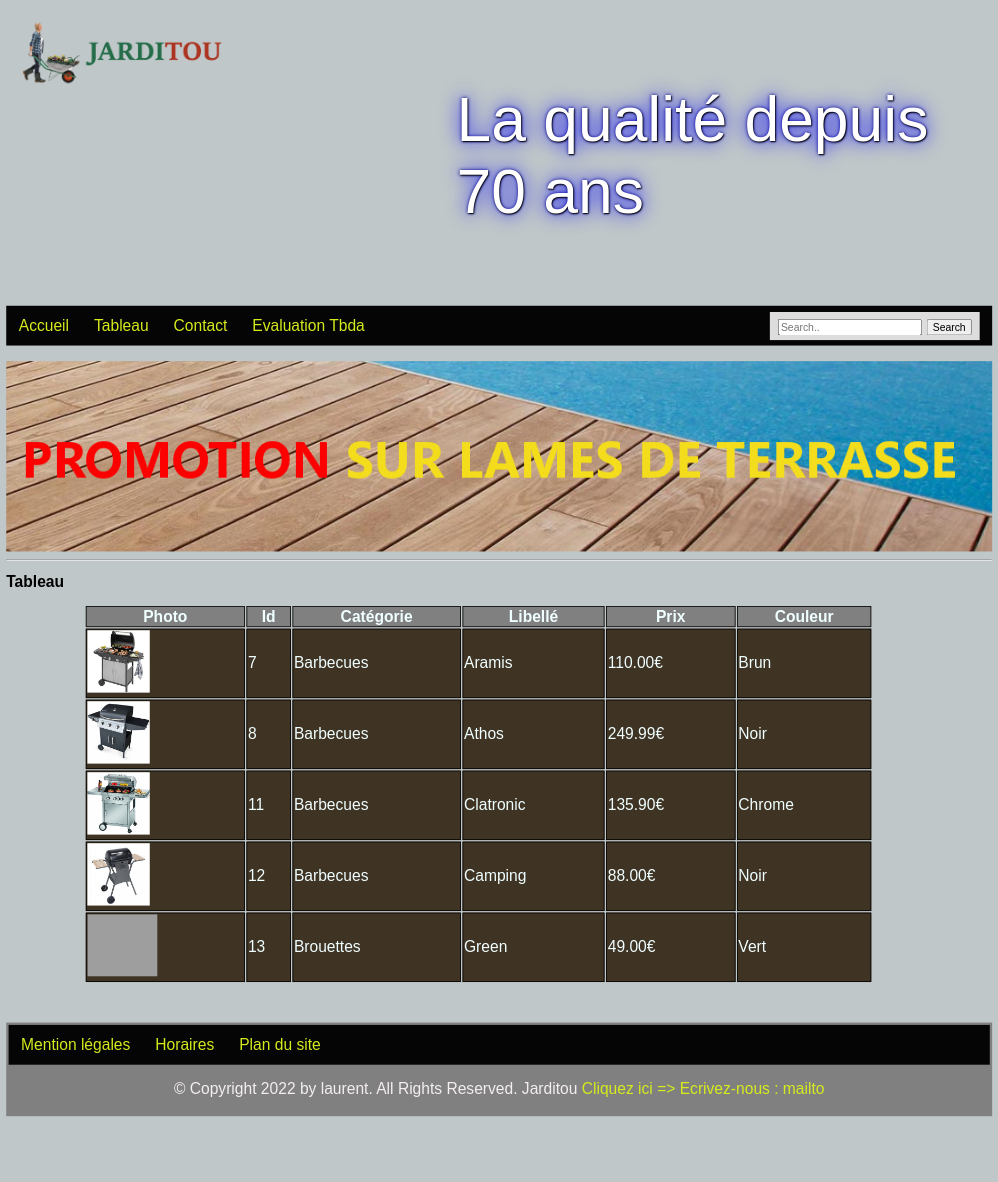
Repository: laurentbul/jarditou
Page: javascript/table.html
An editor plug-in stored every save of this project. The page is shown before and after the next save, followed by the edit.
The browser window is 1280 px wide. The pictures show the whole page, at 78% of full size.
Pictures or frames that could not be fetched are drawn as grey boxes.

Above is the page before, as saved 2022-12-15 02:21:01.

### javascript/table.html
<!DOCTYPE html>
<html lang="fr">

  <head>
    <meta charset="UTF-8">
    <meta http-equiv="X-UA-Compatible" content="IE=edge">
    <meta name="viewport" content="width=device-width, initial-scale=1.0">
    <title>cours exercices HTML</title>
    <link rel="stylesheet" href="./assets/css/style.css" />
  </head>

<body>
  <div class="flex-container">
    <div><img src="./assets/img/jarditou_logo.png" alt="jarditou logo" title="jarditou logo" height="80" /></div>
    <div>
      <p class="slogan">La qualité depuis 70 ans</p>
    </div>
  </div>
  <nav>
    <ul>
      <li><a href="index.html">Accueil</a></li>
      <li><a href="table.html">Tableau</a></li>
      <li><a href="contact.html">Contact</a></li>
      <li><a href="./EvaluationTbda/evaluation_tbda.html">Evaluation Tbda</a></li>
      <li class="search-container">
        <div>
          <form action="/action_page.php">
            <input type="text" class="searchinput" placeholder="Search.." name="search" />
            <button type="submit">Search</button>
          </form>
        </div>
      </li>
    </ul>
  </nav>
  <img src="./assets/img/promotion.jpg" alt="qu'est ce que html" class="imgpromotion" title="promotion jarditou" />
  <hr />
  <h2>Tableau</h2>
  <table style="width: 80%;">
    <thead>
    <tr>
      <th>Photo</th>
      <th>Id</th>
      <th>Catégorie</th>
      <th>Libellé</th>
      <th>Prix</th>
      <th>Couleur</th>
    </tr>
  </thead>
    <tr>
      <td><img src="./assets/img/7.jpg" alt="logo" height="80" title="Barbecues Aramis" /></td>
      <td>7</td>
      <td>Barbecues</td>
      <td>Aramis</td>
      <td>110.00€</td>
      <td>Brun</td>
    </tr>
    <tr>
      <td><img src="./assets/img/8.jpg" alt="logo" height="80" title="Barbecues Athos"/></td>
      <td>8</td>
      <td>Barbecues</td>
      <td>Athos</td>
      <td>249.99€</td>
      <td>Noir</td>
    </tr>
    <tr>
      <td><img src="./assets/img/11.jpg" alt="logo" height="80" title="Barbecues Clatronic"/></td>
      <td>11</td>
      <td>Barbecues</td>
      <td>Clatronic</td>
      <td>135.90€</td>
      <td>Chrome</td>
    </tr>
    <tr>
      <td><img src="./assets/img/12.jpg" alt="logo" height="80" title="Barbecues Camping" /></td>
      <td>12</td>
      <td>Barbecues</td>
      <td>Camping</td>
      <td>88.00€</td>
      <td>Noir</td>
    </tr>
    <tr>
      <td>
        <img src="./assets//img/13.jpg" alt="logo" width="90" height="80" title="image 13"/>
      </td>
      <td>13</td>
      <td>Brouettes</td>
      <td>Green</td>
      <td>49.00€</td>
      <td>Vert</td>
    </tr>
  </table>
  <footer>
    <nav>
      <ul>
        <li><a href="mentionlegale.html">Mention légales</a></li>
        <li><a href="horaire.html">Horaires</a></li>
        <li><a href="plandusite.html">Plan du site</a></li>
      </ul>
    </nav>
    <p style="color: rgb(244, 238, 238);">
      &copy; Copyright 2022 by laurent. All Rights Reserved. Jarditou
      <a href="mailto:dave.loper@afpa.fr" title="Nous contacter">
        Cliquez ici => Ecrivez-nous : mailto
      </a>
    </p>
  </footer>
</body>

</html>

### javascript/assets/css/style.css
body {
  font-family: Arial, Helvetica, sans-serif;
  padding: 0px;
  background-color: rgb(192, 199, 201);
  font-size: 20px;
  height: 1500px;
}
h1{font-size: 35px;
}
h2{font-size: 20px;
}
.flex-container {
  display: flex;
}

.flex-container>div {
  padding: 20px;
}

.jarditou_logo {
  height: 80px;
}

.slogan {
  color: white;
  text-shadow: 1px 1px 2px black, 0 0 25px blue, 0 0 5px darkblue;
  font-size: 40px;
  margin-left: 250px;
  font-size: 80px;
}

ul {
  list-style-type: none;
  margin: 0;
  padding: 0;
  overflow: hidden;
  background-color: rgb(5, 5, 5);
}

li {
  float: left;
}

li a {
  display: block;
  color: white;
  text-align: center;
  padding: 14px 16px;
  text-decoration: none;
}

li a:hover:not(.active) {
  background-color: rgb(240, 10, 10);
}

.active {
  background-color: #4caf50;
}

a:link {
  color: rgb(214, 235, 28);
  background-color: transparent;
  text-decoration: none;
}

ul.a {

  background-color: rgb(179, 167, 167);

  color:rgb(42, 226, 211);

}


aside {
  width: 30%;
  height: 25%px;
  padding-left: 15px;
  float: right;
  font-style: italic;
  background-color: lightgray;
  margin-right: 60px;
  /*display:none */ /*===========correction =======================*/
}



.imgpromotion {
  display: block;
  margin-top: 20px;
  margin-left: auto;
  margin-right: auto;
  width: 100%;
}


footer {
  text-align: center;
  padding: 3px;
  background-color: gray;
  color: white;
}


.search-container {
  float: right;
  padding: 6px 10px;
  margin-top: 8px;
  margin-right: 16px;
  background: #ddd;
  font-size: 20px;
  border: none;
  cursor: pointer;
}


* {
  box-sizing: border-box;
}

input[type=text]:not(.searchinput),
select,
textarea {
  width: 100%;
  padding: 12px;
  border: 1px solid #ccc;
  border-radius: 4px;
  resize: vertical;
}



input[type=submit] {
  display: block;
  margin: 0px;
  width: 100%;
  padding: 12px;
  background-color: rgb(211, 211, 212);
}


input[type=submit]:hover {
  background-color: #d6c82f;
}

.container {
  border-radius: 5px;
  background-color: #af1818;
  padding: 20px;
}

#pays {
  font-size: 20px;
}

#birthday {
  font-size: 20px;
}

table {
  margin-bottom: 50px;
  margin-left: 100px;
}


th,
td {
  border: 1px solid black;
  border-collapse: collapse;
  margin-left: 100px;
  margin-bottom: 10px;
  background-color: #3f3324;
}

th {
  background-color: gray;
}

tr {
  color: azure;
}

table {
  width: 50%;
}

.btncontact {
  height: 45px;
  width: 200px;
  background-color: hsl(127, 4%, 46%);
  font-size: 20px;
  margin-left: 100px;
}

.btncontact:hover {
  background-color: #6ab0d8;
  color: white;
}

/* Responsive layout - when the screen is less than 768px wide, make the two columns stack on top of each other instead of next to each other */
@media screen and (max-width: 768px) {

  body {

    background-color: lavender;
    font-size: 14px;
  }


  .flex-container {
    display: flex;
  }

  .flex-container>div {
    padding: 0px;

  }

  .jarditou_logo {
    height: 80px;
  }

  .slogan {
    color: white;
    text-shadow: 1px 1px 2px black, 0 0 25px blue, 0 0 5px darkblue;
    margin-left: 0px;
    font-size: 40px;
  }

  ul {
    list-style-type: none;
    background-color: #367791;
    width: 768px;
  }

  li {
    background-color: rgb(10, 10, 10);
    display: flex;
    justify-content: center;
    width: 768px;
  }

  li a:hover:not(.active) {
    background-color: rgb(240, 10, 10);
  }

  aside{
    visibility: hidden;
}


}

.error{
  color: rgb(197, 22, 22);
}

After the next save:
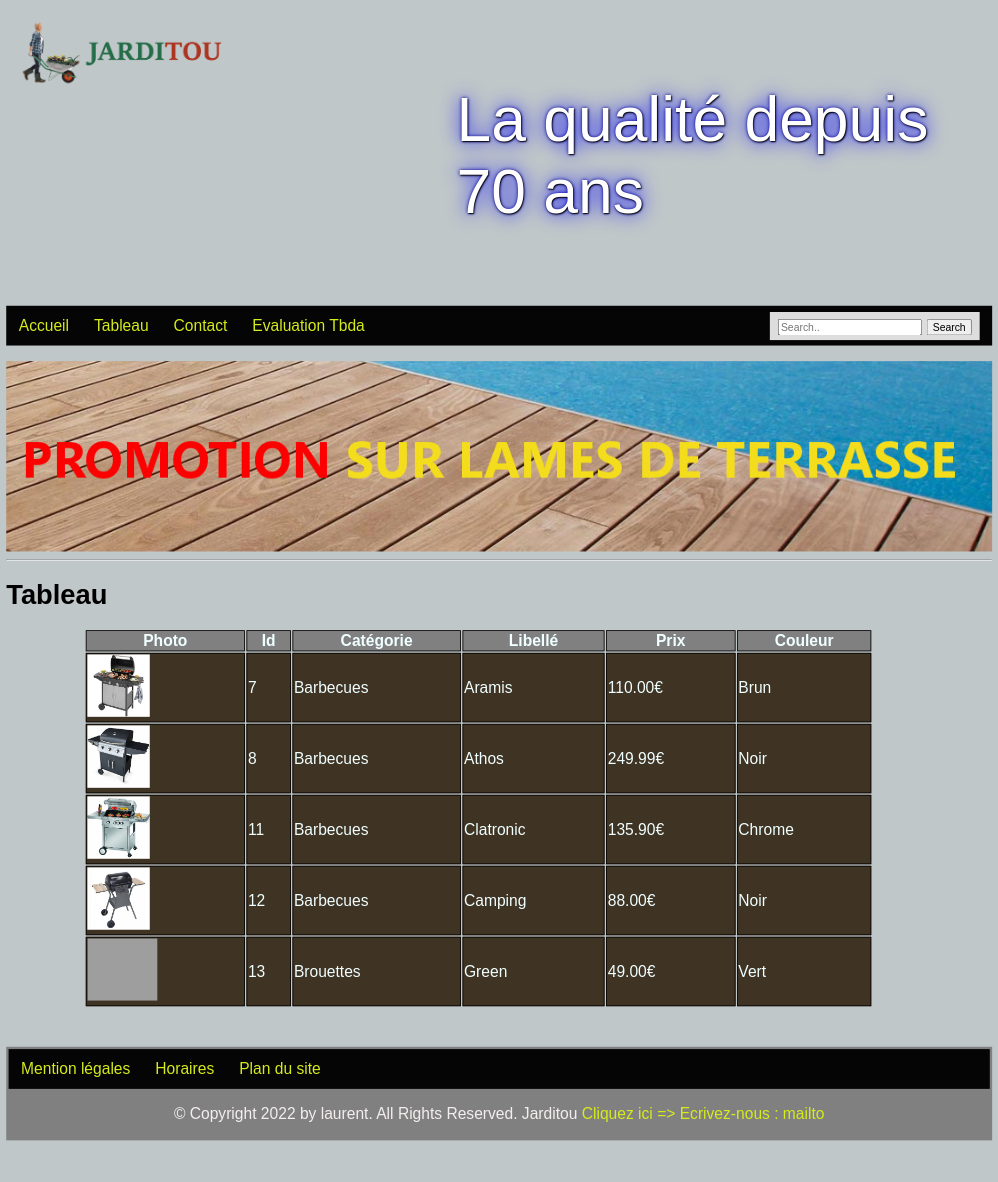
Saved 16 s later.
--- a/javascript/table.html
+++ b/javascript/table.html
@@ -34,7 +34,7 @@
   </nav>
   <img src="./assets/img/promotion.jpg" alt="qu'est ce que html" class="imgpromotion" title="promotion jarditou" />
   <hr />
-  <h2>Tableau</h2>
+  <h1>Tableau</h1>
   <table style="width: 80%;">
     <thead>
     <tr>
